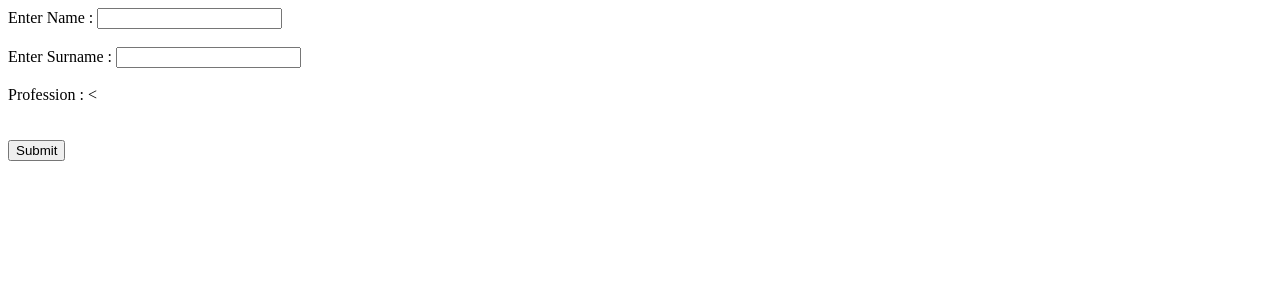
Repository: PhMandar/eclipse_oxy_ws
Page: SimpleServletProject/WebContent/SimpleForm.html
An editor plug-in stored every save of this project. The page is shown before and after the next save, followed by the edit.
The browser window is 1280 px wide. The pictures show the whole page.

Above is the page before, as saved 2017-12-07 03:46:12.

After the next save:
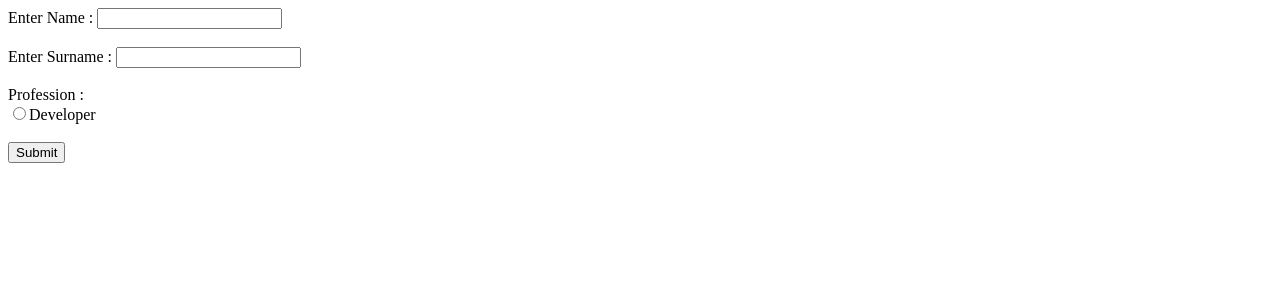
Saved 81 s later.
--- a/SimpleServletProject/WebContent/SimpleForm.html
+++ b/SimpleServletProject/WebContent/SimpleForm.html
@@ -9,7 +9,8 @@
 		Enter Name : <input name="userName"/> <br><br>
 		Enter Surname : <input name="surName"/>
 		<br><br>
-		Profession : <<br>
+		Profession : <br>
+		<input type="radio" value="developer" name="profession"/>Developer
 
 		<br><br>
 		<input type="submit"/>
